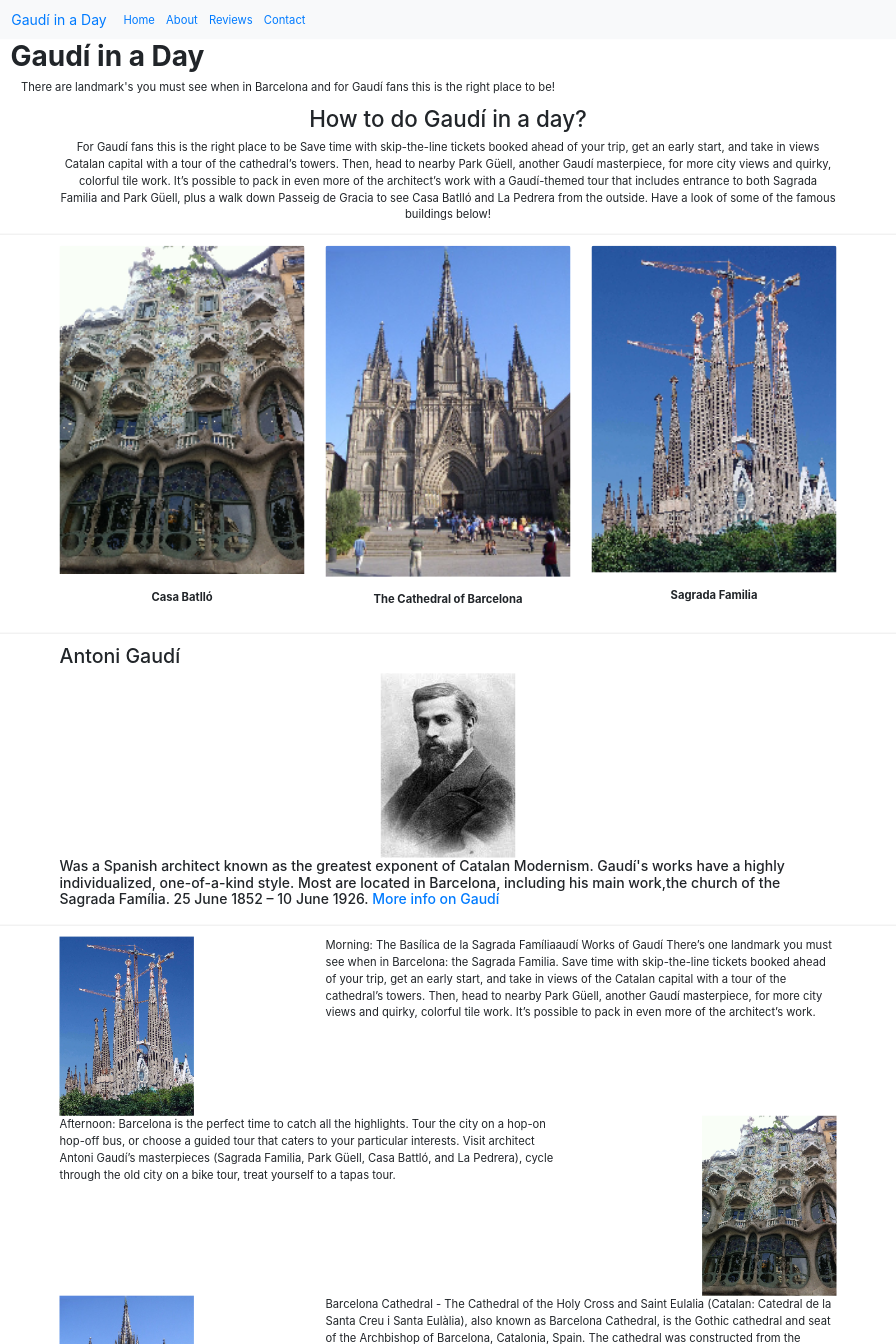
Repository: Taitdanielle/Milestone1
Page: index.html
The author's editor kept a record of every edit. The page is drawn from the files as they stood at one moment, then again after the next edit.
The browser window is 1280 px wide. The pictures show the part of the page from y = 0 to 1920 px (the page is 3167 px tall before and 5483 px after), at 70% of full size.

Above is the page before.

After the next edit:
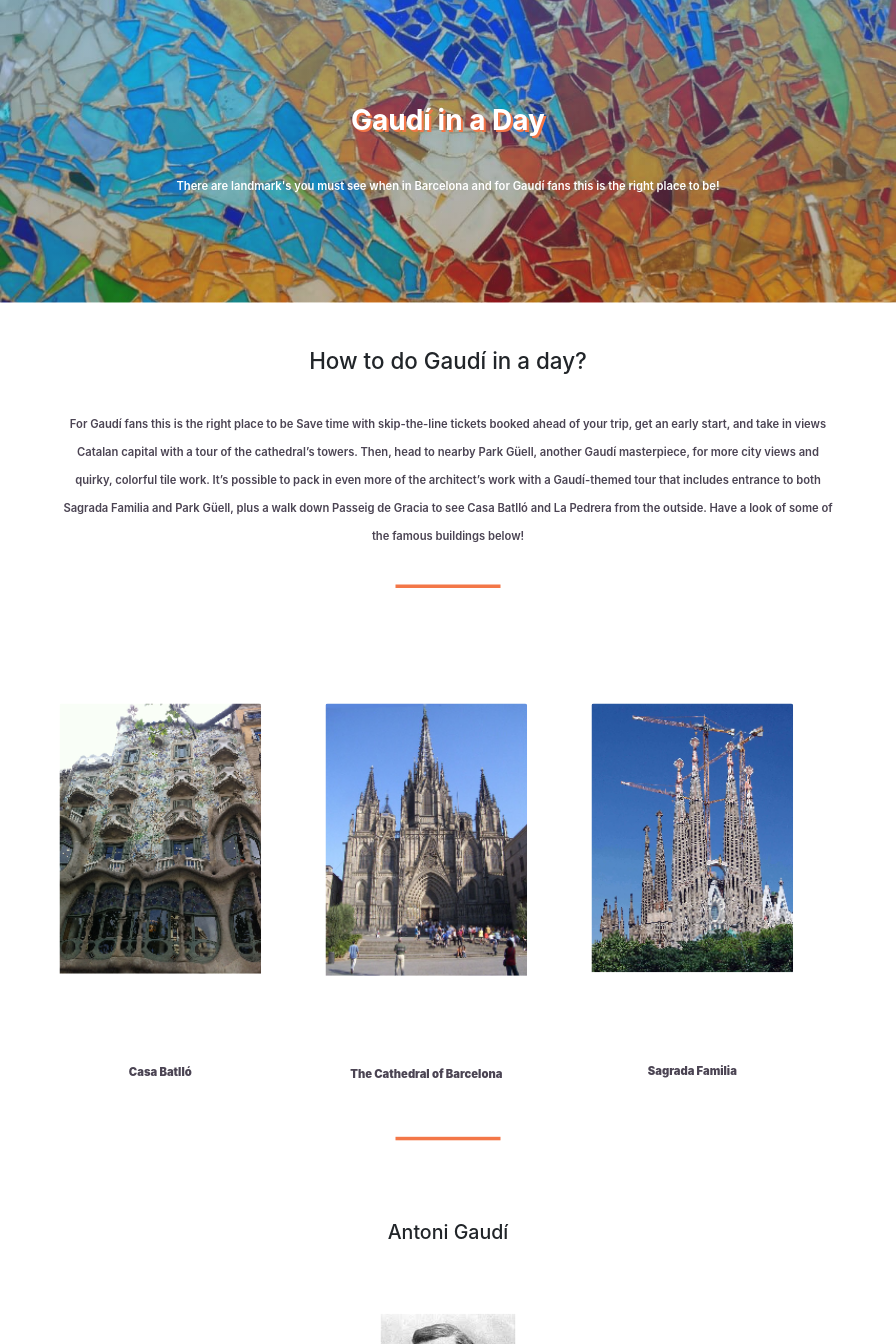
The edit:
--- a/index.html
+++ b/index.html
@@ -9,7 +9,7 @@
     <link href="https://fonts.googleapis.com/css?family=Lato&display=swap" rel="stylesheet">
     <link rel="stylesheet" href="https://stackpath.bootstrapcdn.com/bootstrap/4.3.1/css/bootstrap.min.css" integrity="sha384-ggOyR0iXCbMQv3Xipma34MD+dH/1fQ784/j6cY/iJTQUOhcWr7x9JvoRxT2MZw1T" crossorigin="anonymous">
     <link rel="stylesheet" href="https://cdnjs.cloudflare.com/ajax/libs/font-awesome/4.7.0/css/font-awesome.min.css">
-    <link rel="stylesheet" href="css/style.css" type="text/css" />
+    <link rel="stylesheet" href="assets/css/style.css" type="text/css" />
 </head>
 
 <body>
